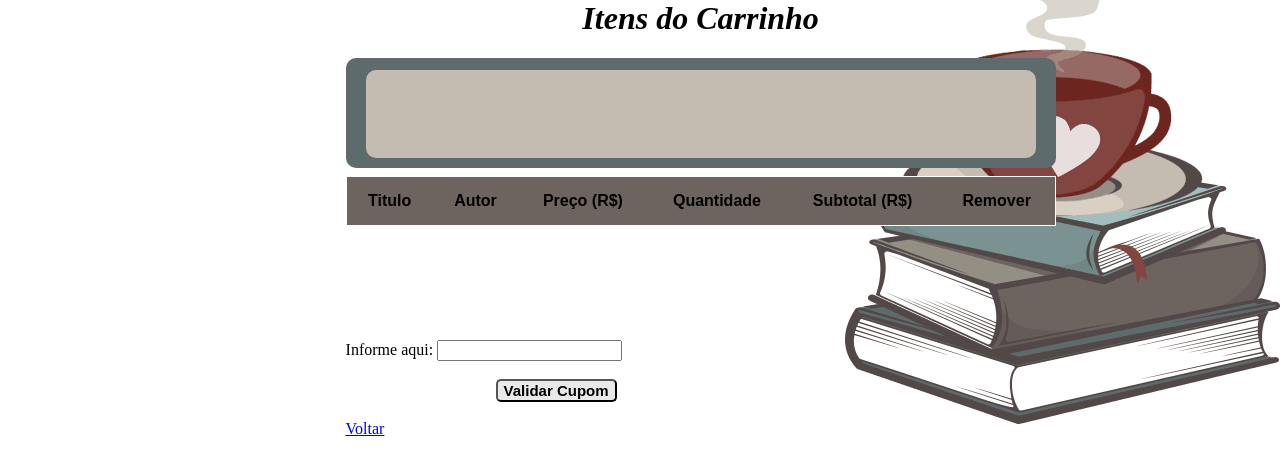
Repository: gabriellacrystina/ProjetoTegra
Page: http://localhost/book-store/meuCarrinho.jsp
These files come from the project's save history. The page is drawn as it stood at one moment and after the next save; the edit follows.
The browser window is 1280 px wide. The pictures show the whole page.
The page is served by Tomcat 9. Nobody is signed in. The application's start-up code is not run. Other server files are loaded and not shown. The template is opened directly, without the code that normally fills it, so the values that code supplies are empty.

Above is the page before, as saved 2016-07-07 19:26:32.

### book-store/WebContent/meuCarrinho.jsp
<%@ page language="java" contentType="text/html; charset=ISO-8859-1"
    pageEncoding="ISO-8859-1"%>
<%@ page import="model.Item" %>
<%@ page import="java.util.ArrayList" %>
<%@ taglib uri="http://java.sun.com/jsp/jstl/core" prefix="c" %>

<!DOCTYPE html PUBLIC "-//W3C//DTD HTML 4.01 Transitional//EN" "http://www.w3.org/TR/html4/loose.dtd">
<html>
	<head>
		<meta http-equiv="Content-Type" content="text/html; charset=ISO-8859-1">
		<link rel="stylesheet" type="text/css" href="book-store-style.css">
		<title>Carrinho</title>
	</head>
	<body>
			<h1>Itens do Carrinho</h1>
			<div class="my-cart">
				<div class="carrinho">

				</div>
			</div>
			<table id="tbl-books">
			  <tr>
			    <th>Titulo</th>
			    <th>Autor</th>
			    <th>Preço (R$)</th>
			    <th>Quantidade</th>
			    <th>Subtotal (R$)</th>
			    <th>Remover</th>
			  </tr>
		  		<c:forEach var="item" items="${listaItens}">
		  			<tr class="livros">
						<td class="nome-livro">${item.getProduto().getTitulo()}</td>
						<td class="nome-autor">${item.getProduto().getAutor()}</td>
						<td class="preco">${item.getProduto().getPreco()}</td>
						<td class="quantidade">${item.getQuantidade()}</td>
						<td class="subtotal">${item.getSubtotal()}</td>
						<td>
							<form action="MeuCarrinho" method="post">
								<input type="hidden" name="id-livro" value="${item.getProduto().getId()}"/>
								<button class="btn btn-comprar" type="submit">Remover</button>
							</form>
						</td>
					</tr>
		  		</c:forEach>
			</table>
			<br><br><br>
			<div class="cupom">
				<h3>Possui cumpom de desconto?</h3>
				Informe aqui: <input type="text" maxlength="15">
				<br><br>
				<button class="btn" type="submit">Validar Cupom</button>
			</div>
			<br><a href="index.jsp">Voltar</a>
	</body>
</html>

### book-store/WebContent/book-store-style.css
@CHARSET "ISO-8859-1";

body {
	background-image: url("img/back.png");
	background-repeat: no-repeat;
	background-position: right top;
	background-attachment: initial;
    width: 710px;
    margin-top: 0px;
    margin-left: 27%;
	margin-right: auto;
}

h1 {
	font-style: oblique;
	text-align: center;
    color: #000000;
    margin-top: 0px;
    font-family: cursive;
}

h2{
	text-align: center;
	font-family: cursive;
    font-size: -webkit-xxx-large;
    color: #5D6B6C;
}

h5{
	color: #000000;
	font-size: x-large;
}

h4{
	color: #1b1919;
	text-align: center;
    font-size: x-large;
    font-family: cursive;

}

#tbl-books {
	width: 100%;
	font-family: "Arial", "Helvetica", sans-serif;
	border: 1px solid #ffffff;
    border-collapse: collapse;
}

#tbl-books tr:nth-child(even){
	background-color: #FFFFFF
}

#tbl-books tr:nth-child(odd){
	background-color: #6D6460;
}

th, td {
    padding: 15px;
    text-align: center;
}


.nome-livro{
	text-align: left;
}

.my-cart{
	width: 100%;
	height: 110px;
	border-radius: 10px;
    padding: 12px 20px;
    margin: 8px 0;
    box-sizing: border-box;
	background-color: #5D6B6C;
	margin-left: auto;
	margin-right: auto;
}
.cart{
	float: right;
	background-color: #c4bcb0;
	border-radius: 10px;
	padding-left: 10px;
	padding-bottom: 5px;
	margin-left: auto;
	margin-right: auto;
}

.carrinho{
	background-color: #c4bcb0;
	height: 90%;
	text-align: left;
	border-radius: 10px;
	padding-top: 10px;
	padding-left: 10px;
	padding-right: 10px;
	font: small-caption;
    font-weight: 700;
}

#lbl-meu-carrinho{
	font-size: 20px;
	font-weight: bold;
}

.btn {
	font-family: "Arial", "Helvetica", sans-serif;
	border-radius: 5px;
	font-size: 15px;
	font-weight: bold;
	margin-left: 150px;
	margin-right: 5px;
	background-color: #e9e9e9;
}

.btn-comprar{
	margin-left: 10%;
}

.btn-validarCumpom{
	margin-left: 60%;
}

.btn-concluirCompra{
	float: right;
	margin-top: -10px;
	margin-left: 70%;
}
.it-carrinho{
	margin-right: 150px;
}

.img-desconto{
	background-image: url("img/desconto.jpg");
	width: 10%;
	top:5px;
	left:20px;
	position:absolute;
}

#img-descricao{
	color: #ffffff;
	font-size: 10px;
}

h3, p{
	color: #ffffff;
	font-family: "Arial", "Helvetica", serif;
}

.desconto{
	margin-top: 0px;
	background-color: #6D2520;
	width: 22%;
	height: 100%;
	left:35px;
	text-align: left;
	padding-top: 5%;
	padding-left: 15px;
	position:absolute;
}

#img-desconto{
	padding-top: 20%;
	width: 100%;

}
.titulo-livro{
	font-size: larger;
}

After the next save:
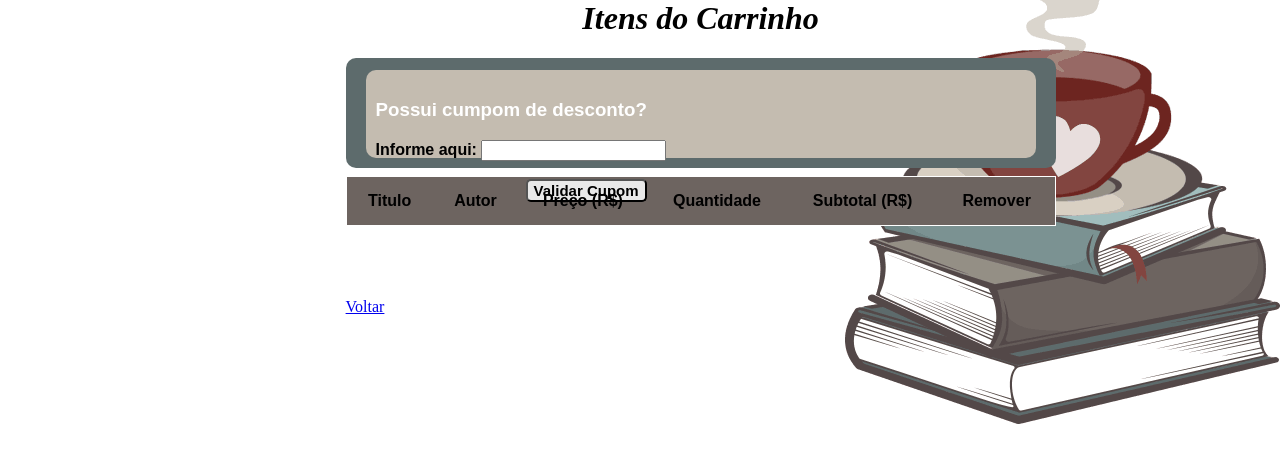
Saved 2 min 22 s later.
--- a/book-store/WebContent/meuCarrinho.jsp
+++ b/book-store/WebContent/meuCarrinho.jsp
@@ -15,7 +15,12 @@
 			<h1>Itens do Carrinho</h1>
 			<div class="my-cart">
 				<div class="carrinho">
-
+					<div class="cupom">
+						<h3>Possui cumpom de desconto?</h3>
+						Informe aqui: <input type="text" maxlength="15">
+						<br><br>
+						<button class="btn" type="submit">Validar Cupom</button>
+					</div>
 				</div>
 			</div>
 			<table id="tbl-books">
@@ -44,12 +49,7 @@
 		  		</c:forEach>
 			</table>
 			<br><br><br>
-			<div class="cupom">
-				<h3>Possui cumpom de desconto?</h3>
-				Informe aqui: <input type="text" maxlength="15">
-				<br><br>
-				<button class="btn" type="submit">Validar Cupom</button>
-			</div>
+
 			<br><a href="index.jsp">Voltar</a>
 	</body>
 </html>
